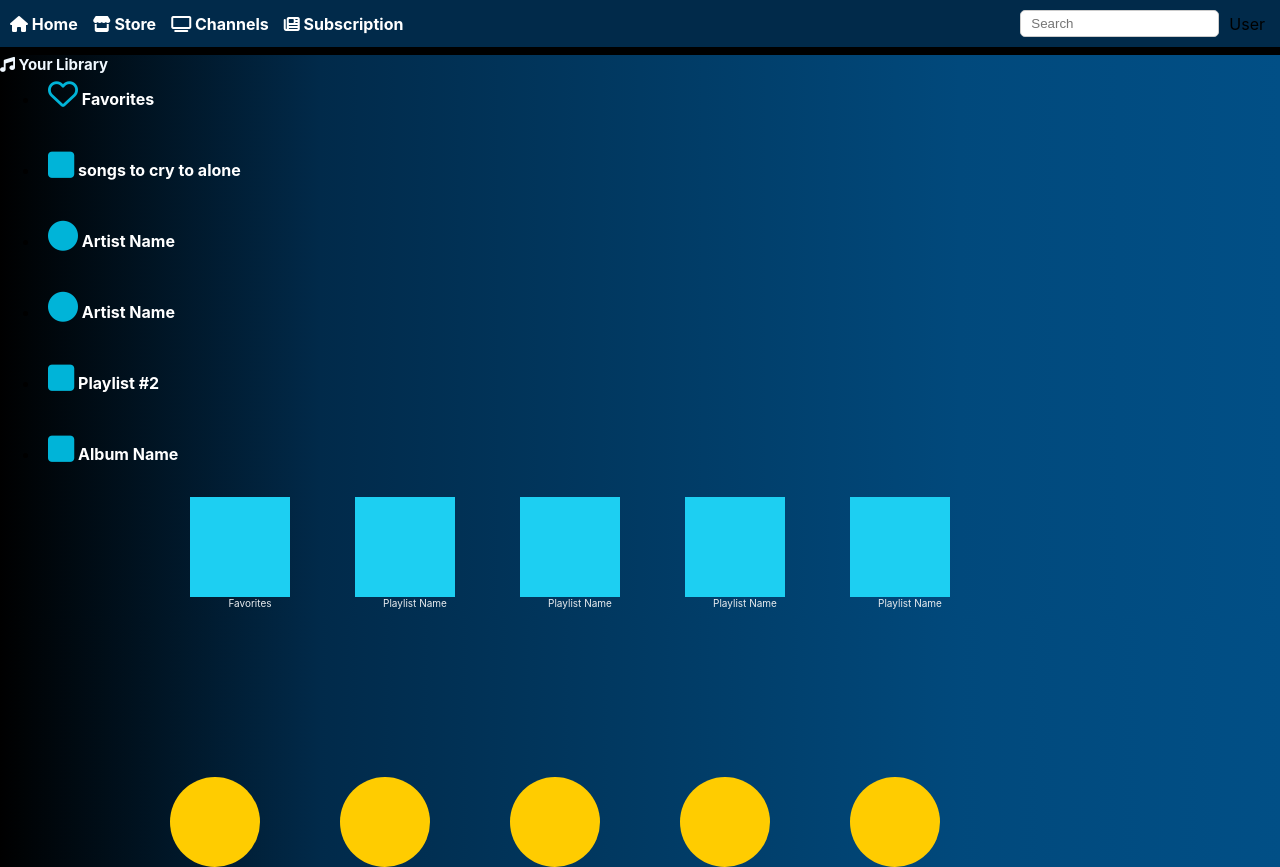
Repository: gordonnrat/group-2-project
Page: / (app in source-code/)
An editor plug-in stored every save of this project. The page is shown before and after the next save, followed by the edit.
The browser window is 1280 px wide. The pictures show the whole page.
The project was rebuilt for these pictures with package versions that can differ from the ones it lists, and the page was loaded fresh each time. Also part of the build but not shown: source-code/src/App.css, source-code/src/App.js, source-code/src/components/pages/Login.js.

Above is the page before, as saved 2023-07-29 21:31:20.

### source-code/src/index.js
import React from 'react';
import ReactDOM from 'react-dom';
import './index.css';
import reportWebVitals from './reportWebVitals';
import {
  BrowserRouter as Router,
  Routes,
  Route,
  Link
} from "react-router-dom";

import App from './App';
import Home from './components/pages/Home';
import Login from './components/pages/Login';

ReactDOM.render(
  <React.StrictMode>
    <Router>
      <Routes>
        <Route path="/" element={<Home />} />
        <Route path="/login" element={<Login />} />
        {/* Add more routes here */}
        <Route path="/group-2-project" element={<Link to="/" />} />
      </Routes>
    </Router>
  </React.StrictMode>,
  document.getElementById('root')
);

// If you want to start measuring performance in your app, pass a function
// to log results (for example: reportWebVitals(console.log))
// or send to an analytics endpoint. Learn more: https://bit.ly/CRA-vitals
reportWebVitals();

### source-code/src/index.css
body {
  margin: 0;
  font-family: -apple-system, BlinkMacSystemFont, 'Segoe UI', 'Roboto', 'Oxygen',
    'Ubuntu', 'Cantarell', 'Fira Sans', 'Droid Sans', 'Helvetica Neue',
    sans-serif;
  -webkit-font-smoothing: antialiased;
  -moz-osx-font-smoothing: grayscale;
}

code {
  font-family: source-code-pro, Menlo, Monaco, Consolas, 'Courier New',
    monospace;
}

body {
  background: linear-gradient(0.25turn,black,#012A4A, #013A63, #01497C,#014F86);


}

### source-code/src/components/pages/Home.js
// Home.js

import React from "react";
import { Link } from "react-router-dom";
import Navbar from "../Navbar";
import "./js.css";

function Home() {
  return (
    <div>
      <Navbar />
      <h1 className="top-heading">
        <i className="fas fa-music"></i> Your Library
      </h1>
      <div className="main-container">
        <div className="squares-container">
          {/* Square 1 */}
          <Link to="/favorites">
            <div className="square-container">
              <div className="text">Favorites</div>
              <div className="square square-red"></div>
            </div>
          </Link>

          {/* Square 2 */}
          <Link to="/Playlist">
            <div className="square-container">
              <div className="text">Playlist Name</div>
              <div className="square square-blue"></div>
            </div>
          </Link>

          {/* Square 3 */}
          <Link to="/Playlist">
            <div className="square-container">
              <div className="text">Playlist Name</div>
              <div className="square square-green"></div>
            </div>
          </Link>

          {/* Square 4 */}
          <Link to="/Playlist">
            <div className="square-container">
              <div className="text">Playlist Name</div>
              <div className="square square-orange"></div>
            </div>
          </Link>

          {/* Square 5 */}
          <Link to="/Playlist">
            <div className="square-container">
              <div className="text">Playlist Name</div>
              <div className="square square-purple"></div>
            </div>
          </Link>
        </div>

        <div className="circles-container">
          {/* Circle 1 */}
          <Link to="/Playlist">
            <div className="circle-container">
              <div className="circle"></div>
            </div>
          </Link>

          {/* Circle 2 */}
          <Link to="/Playlist">
            <div className="circle-container">
              <div className="circle"></div>
            </div>
          </Link>

          {/* Circle 3 */}
          <Link to="/Playlist">
            <div className="circle-container">
              <div className="circle"></div>
            </div>
          </Link>

          {/* Circle 4 */}
          <Link to="/Playlist">
            <div className="circle-container">
              <div className="circle"></div>
            </div>
          </Link>

          {/* Circle 5 */}
          <Link to="/Playlist">
            <div className="circle-container">
              <div className="circle"></div>
            </div>
          </Link>
        </div>
      </div>
    </div>
  );
}

export default Home;

### source-code/src/components/Navbar.js
import React from "react";
import { Link } from "react-router-dom";
import "./Navbar.css";
import "@fortawesome/fontawesome-free/css/all.min.css";

function Navbar() {
  return (
    <div>
      {/* Main Navbar */}
      <nav className="navbar">
        <ul className="left-nav">
          <li>
            <Link to="/">
              <i className="fas fa-home"></i> Home
            </Link>
          </li>
          <li>
            <Link to="/Store">
              <i className="fas fa-store"></i> Store
            </Link>
          </li>
          <li>
            <Link to="/Channels">
              <i className="fas fa-tv"></i> Channels
            </Link>
          </li>
          <li>
            <Link to="/Subscription">
              <i className="fas fa-newspaper"></i> Subscription
            </Link>
          </li>
        </ul>
        <div className="right-nav">
          <input type="text" placeholder="Search" />
          <div className="user-section">
            {/* Your user-related elements can go here */}
            <span>User</span>
          </div>
        </div>
      </nav>

      {/* Sidebar */}
      <aside className="sidebar">
        {/* Your sidebar content can go here */}
        <ul>
          <li>
            <Link to="/Favorites">
              <i className="far fa-heart"></i> Favorites
            </Link>
          </li>
          <li>
            <Link to="/songs to cry to alone">
              <i className="fas fa-square"></i> songs to cry to alone

            </Link>
          </li>
          {/* Add more sidebar items as needed */}

          <li>
          <Link to="/Artist Name">
              <i className="fas fa-circle"></i> Artist Name
            </Link>
            </li>


            <li>
            <Link to="/Artist Name">
              <i className="fas fa-circle"></i> Artist Name
            </Link>
            </li>

            <li>
            <Link to="/Playlist">
              <i className="fas fa-square"></i> Playlist #2
            </Link>
            </li>
            <li>
            <Link to="/Album Name">
              <i className="fas fa-square"></i> Album Name
            </Link>
            </li>













        </ul>
      </aside>
    </div>
  );
}

export default Navbar;

### source-code/src/components/pages/js.css
/* js.css */

.main-container {
  display: flex;
  flex-direction: column;
  align-items: center;
  justify-content: center;
  margin-top: 20px;
}

.squares-container {
  display: flex;
  justify-content: space-between;
  max-width: 800px;
  margin: 0 auto;
}

.square-container {
  margin-right: 65px;
  position: relative;
}

.text {
  position: absolute;
  top: 100px;
  left: 10%;
  font-size: 10px;
  color: rgb(234, 237, 240);
  transform: translateX(-50%);
}

.square {
  width: 100px;
  height: 100px;
  background-color: rgb(29, 207, 242);
  top: 300px;
  left: 30%;
  transform: translateX(-50%);
}

.top-heading {
  position: absolute;
  top: 45px;
  left: 0;
  font-size: 15px;
  color: aliceblue;
}

/* Add styles for the circles */

.circles-container {
  display: flex;
  justify-content: center;
  align-items: flex-start;
  margin-top: 20px;
}

.circle-container {
  margin-right: 170px;
  position: relative;
}

.circle {
  width: 90px;
  height: 90px;
  border-radius: 50%;
  background-color: #ffcc00; /* You can set the color for the circles */
  position: absolute;
  top: 160px; /* Adjust the vertical position of the circles below the squares */
  left: 30%; /* Horizontally center the circles */
  transform: translateX(-50%);
}

### source-code/src/components/Navbar.css

/* Navbar.css */

/* Navbar.css */

.navbar {
    background-color: #012A4A;
    padding: 10px;
    display: flex;
    justify-content: space-between;
    align-items: center;

    /* Add border line to the bottom of the navigation bar */
    border-bottom: 8px solid black; /* Replace #fff with your desired border color */
}



.left-nav {
    list-style-type: none;
    margin: 0;
    padding: 0;
    display: flex;
    align-items: center;
}

.left-nav li {
    margin-right: 15px;
}

.left-nav li:last-child {
    margin-right: 0;
}

.left-nav li a {
    text-decoration: none;
    color:white;

    font-size: 16px;
    font-weight: bold;
}

.left-nav li a:hover {
    color: white;
}

.right-nav {
    display: flex;
    align-items: center;
}

.right-nav input[type="text"] {
    padding: 5px 10px;
    border: 1px solid #ccc;
    border-radius: 5px;
    margin-right: 10px;
}

.user-section {
    display: flex;
    align-items: center;
}

.user-section span {
    margin-right: 5px;
}

.user-section img {
    width: 30px;
    height: 30px;
    border-radius: 50%;
}




  .sidebar li a {
    display: block;
    padding: 8px;
    color: white;
    text-decoration: none;
    position: relative;
  }

  .sidebar li {
    margin-bottom: 25px; /* Add space between each sidebar item */
  }

  .sidebar li a i {
    font-size: 30px;
    color: #00B4D8;
    position: relative;
    z-index: 2; /* Set z-index to place the icons in front of the border line */
  }


  .sidebar li a {
    text-decoration: none;
    color: white;
    font-size: 16px;
    font-weight: bold;
}

Loaded but not shown: source-code/public/index.html (common file); source-code/src/reportWebVitals.js (common file)

After the next save:
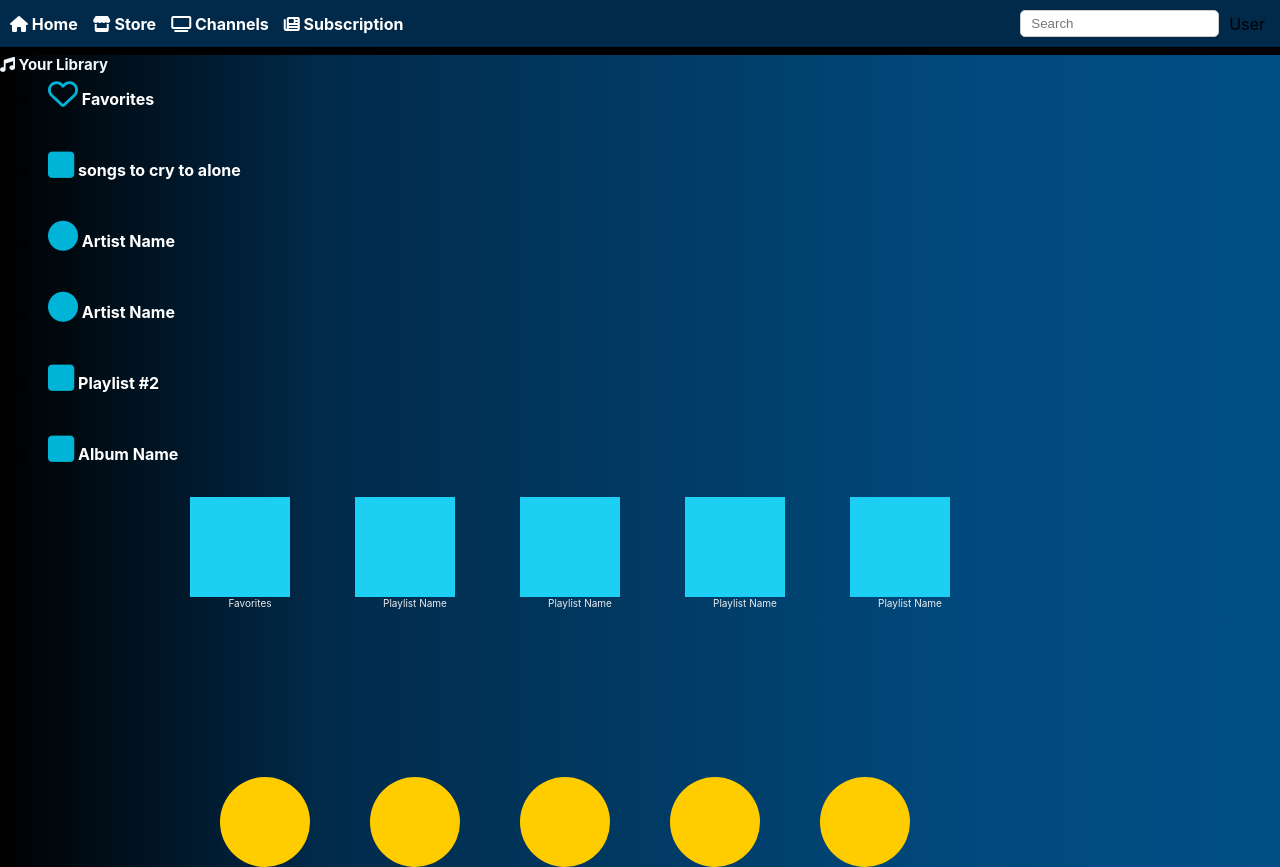
Saved 17 s later.
--- a/source-code/src/components/pages/js.css
+++ b/source-code/src/components/pages/js.css
@@ -56,7 +56,7 @@
 }
 
 .circle-container {
-  margin-right: 170px;
+  margin-right: 150px;
   position: relative;
 }
 
